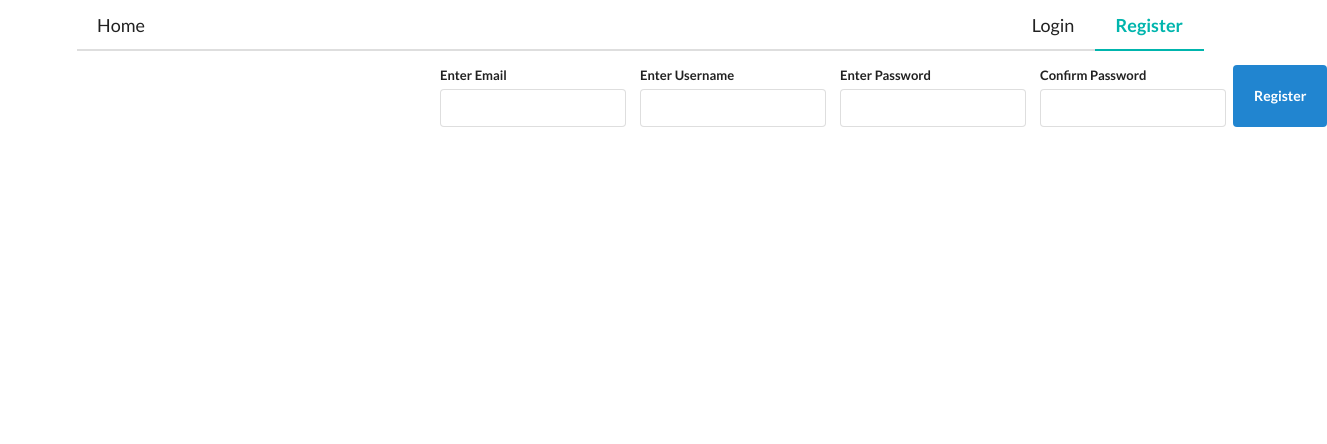
Repository: m-ahmadshaikh/SociaSpark
Page: /register (app in client/)
The author's editor kept a copy of each file at every save. The page is drawn from the files as they stood at one save, then again after the next save.
The browser window is 1280 px wide. The page is 1327 px wide, then 1280 px, so the pictures cover 1327 px, including what lies to the right of the window. The pictures show the whole page.
The project was rebuilt for these pictures with package versions that can differ from the ones it lists, and the page was loaded fresh each time. Also part of the build but not shown: client/vite.config.js, client/src/components/PostCard.jsx, client/src/pages/Home.jsx, client/src/pages/Login.jsx.

Above is the page before, as saved 2022-10-23 15:16:43.

After the next save:
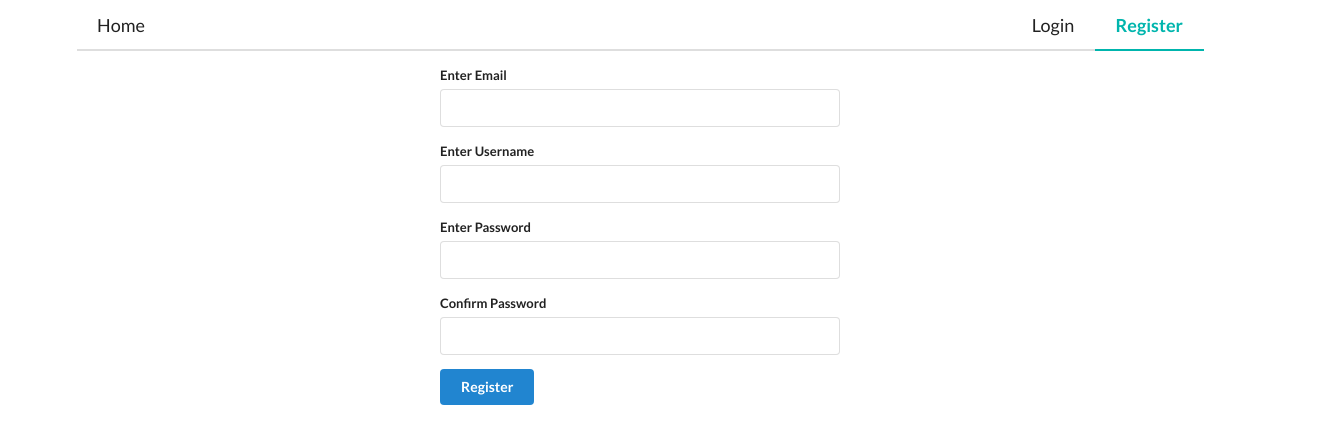
Saved 33 s later.
--- a/client/src/pages/Register.jsx
+++ b/client/src/pages/Register.jsx
@@ -40,38 +40,36 @@
   return (
     <div className="form-container">
       <Form onSubmit={submitHandler}>
-        <Form.Group widths="equal">
-          <Form.Input
-            label="Enter Email"
-            type="email"
-            name="email"
-            onChange={changeHandler}
-            value={values.email}
-          />
-          <Form.Input
-            onChange={changeHandler}
-            name="username"
-            label="Enter Username"
-            value={values.username}
-          />
-          <Form.Input
-            onChange={changeHandler}
-            label="Enter Password"
-            name="password"
-            type="password"
-            value={values.password}
-          />
-          <Form.Input
-            label="Confirm Password"
-            type="password"
-            name="confirmPassword"
-            onChange={changeHandler}
-            value={values.confirmPassword}
-          />
-          <Button primary type="submit">
-            Register
-          </Button>
-        </Form.Group>
+        <Form.Input
+          label="Enter Email"
+          type="email"
+          name="email"
+          onChange={changeHandler}
+          value={values.email}
+        />
+        <Form.Input
+          onChange={changeHandler}
+          name="username"
+          label="Enter Username"
+          value={values.username}
+        />
+        <Form.Input
+          onChange={changeHandler}
+          label="Enter Password"
+          name="password"
+          type="password"
+          value={values.password}
+        />
+        <Form.Input
+          label="Confirm Password"
+          type="password"
+          name="confirmPassword"
+          onChange={changeHandler}
+          value={values.confirmPassword}
+        />
+        <Button primary type="submit">
+          Register
+        </Button>
       </Form>
     </div>
   );
